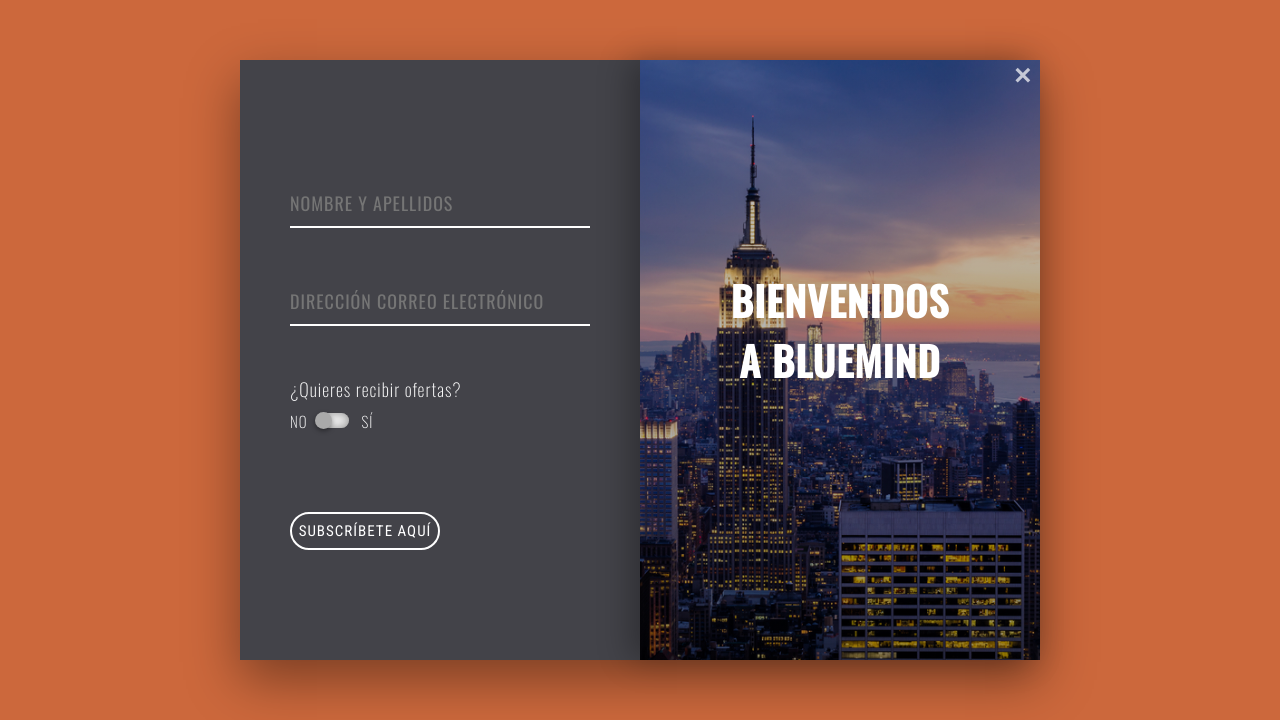
Repository: RaquelAlvarezz/Ejercicios-FormawebIV
Page: Formulario/index.html
The author's editor kept a copy of each file at every save. The page is drawn from the files as they stood at one save, then again after the next save.
The browser window is 1280 px wide. The pictures show the whole page.
After loading, the first visible `button.banner-sub-here-btn` was clicked once.
Some web libraries are served in a nearby version.

Above is the page before, as saved 2021-11-23 13:03:43.

After the next save:
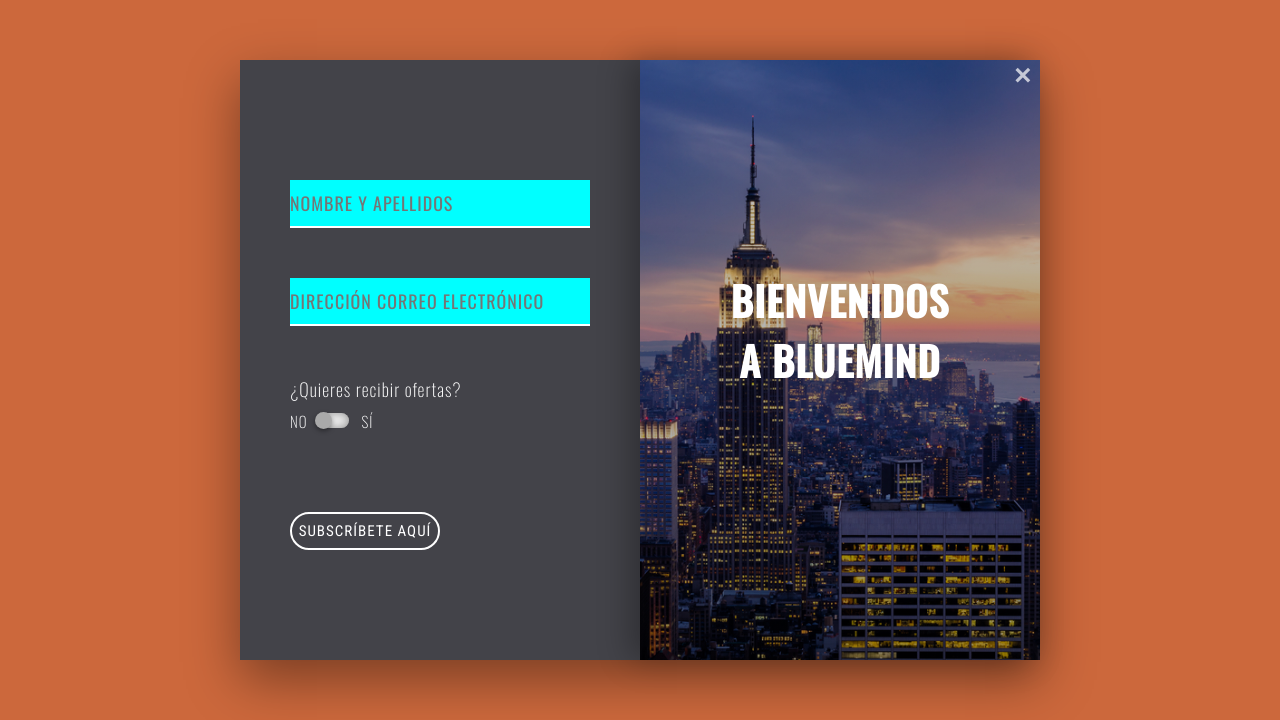
Saved 32 s later.
--- a/Formulario/css/styles.css
+++ b/Formulario/css/styles.css
@@ -100,7 +100,7 @@
 	opacity: 0;
 	visibility: hidden;
 	transition: opacity 1s;
-	background-color:aqua;
+
 }
 
 .sign-up-form {
@@ -123,6 +123,7 @@
 	outline: none;
 	padding: 10px 0;
 	transition: border-bottom-color .8s;
+	background-color:aqua;
 }
 
 .form-input:focus {
